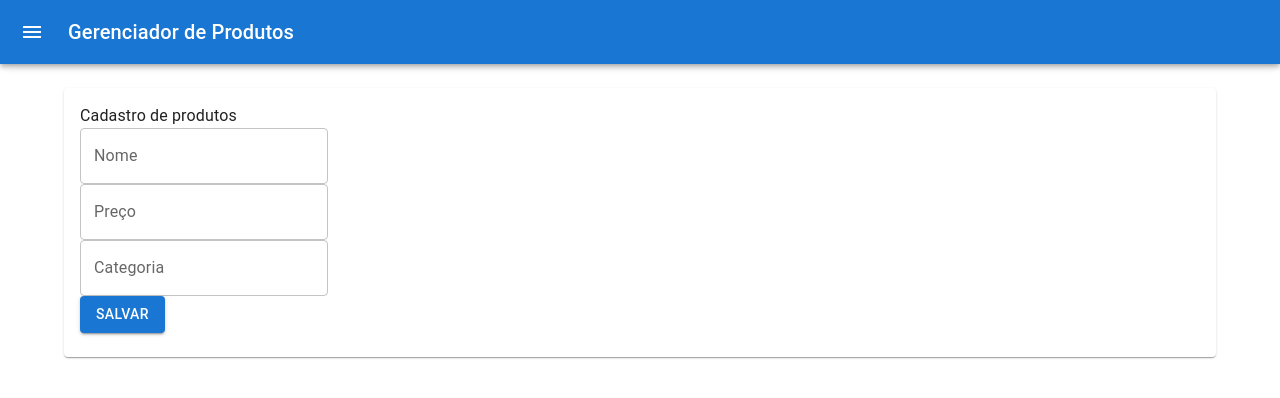
Repository: KennedyWanderson/crud-web
Page: /
The author's editor kept a copy of each file at every save. The page is drawn from the files as they stood at one save, then again after the next save.
The browser window is 1280 px wide. The pictures show the whole page.
The project was rebuilt for these pictures with package versions that can differ from the ones it lists, and the page was loaded fresh each time. Also part of the build but not shown: src/Components/ProductList.js, src/Components/CategoryRegister.js, src/Components/CategotyList.js.

Above is the page before, as saved 2023-11-16 16:25:12.

After the next save:
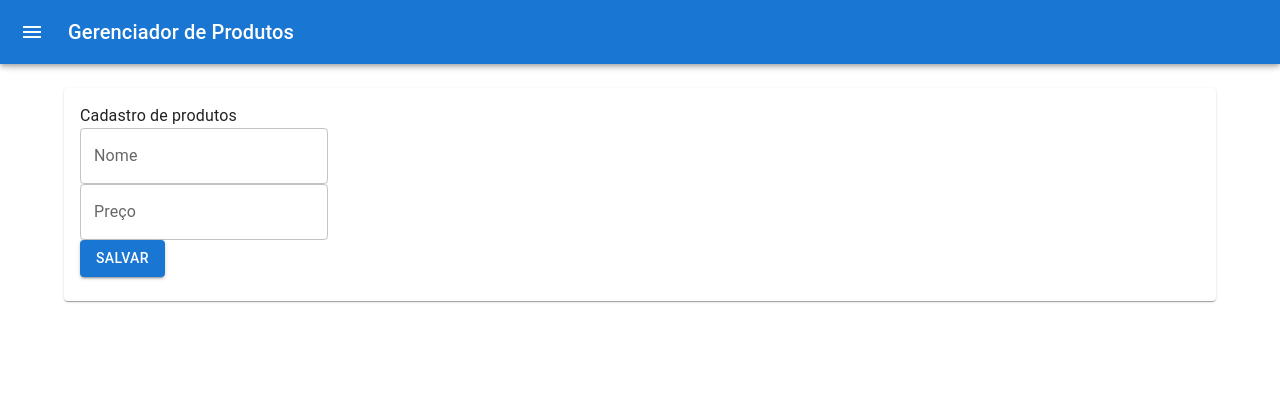
Saved 14 min 41 s later.
--- a/src/Components/ProductRegister.js
+++ b/src/Components/ProductRegister.js
@@ -30,7 +30,6 @@ function ProductRegister(props) {
                         <TextField value={price} onChange={(e) => { setPrice(e.target.value) }} className={`w-7/12`} id="outlined-basic" label="Preço" variant="outlined" />
                     </div>
                     <div className={`mb-5`}>
-                        <TextField value={category} onChange={(e) => { setCategory(e.target.value) }} className={`w-7/12`} id="outlined-basic" label="Categoria" variant="outlined" />
                     </div>
                     <div>
                         <Button className={`w-20`} onClick={() => {registerProduct()}} variant="contained">Salvar</Button>
